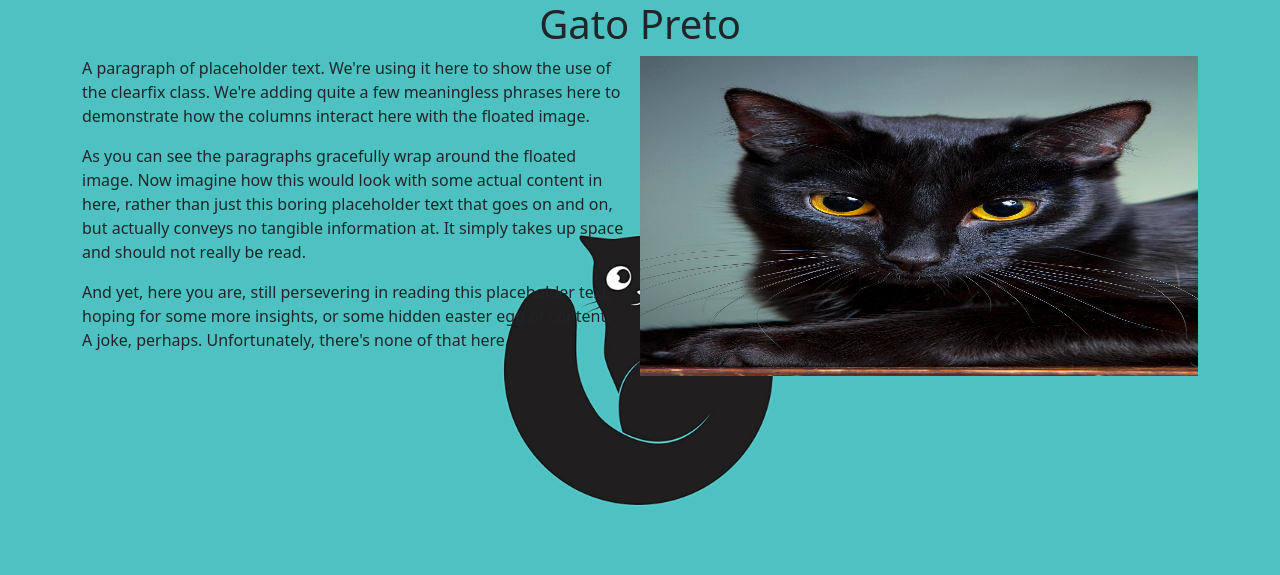
Repository: SktYzu/gatitu
Page: index.html
An editor plug-in stored every save of this project. The page is shown before and after the next save, followed by the edit.
The browser window is 1280 px wide. The pictures show the whole page.

Above is the page before, as saved 2023-11-27 15:07:37.

After the next save:
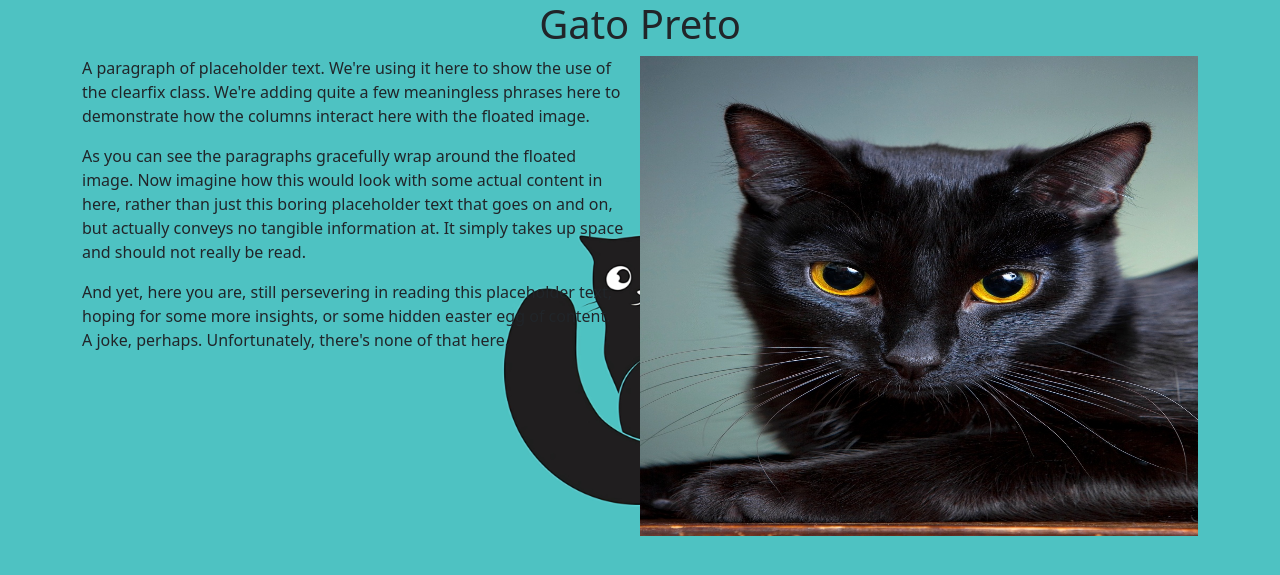
Saved 7 s later.
--- a/index.html
+++ b/index.html
@@ -23,7 +23,7 @@
     <div class="container">
 
         <div class="clearfix">
-            <img src="preto.jpg" class="col-md-6 float-md-end mb-3 ms-md-3" alt="..." height="320px">
+            <img src="preto.jpg" class="col-md-6 float-md-end mb-3 ms-md-3" alt="..." height="480px">
 
             <p>
                 A paragraph of placeholder text. We're using it here to show the use of the clearfix class. We're adding
